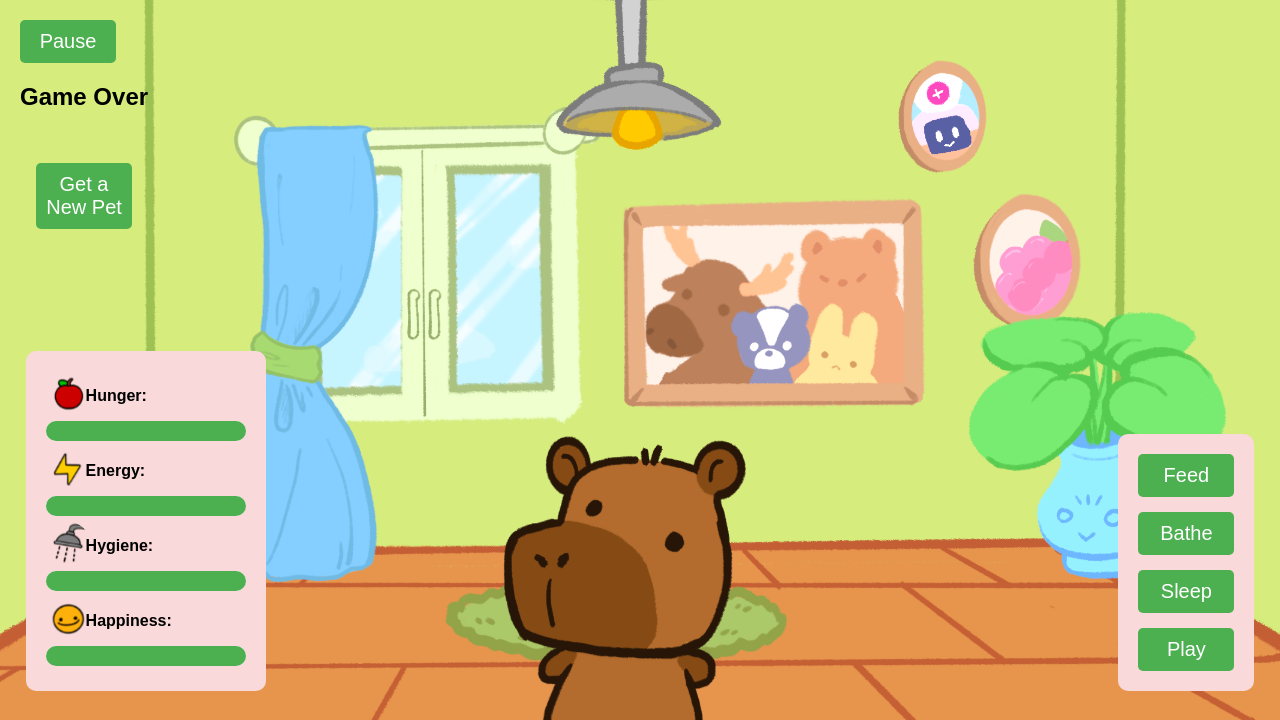
Repository: sarahjx/CapyCare
Page: html/index.html
The author's editor kept a copy of each file at every save. The page is drawn from the files as they stood at one save, then again after a run of saves.
The browser window is 1280 px wide. The pictures show the whole page.
Some web fonts or font styles are not loaded; a fallback is used.

Above is the page before, as saved 2025-05-01 14:46:17.
Console error: TypeError: Cannot set properties of null (setting 'innerText')

After the next 5 saves:
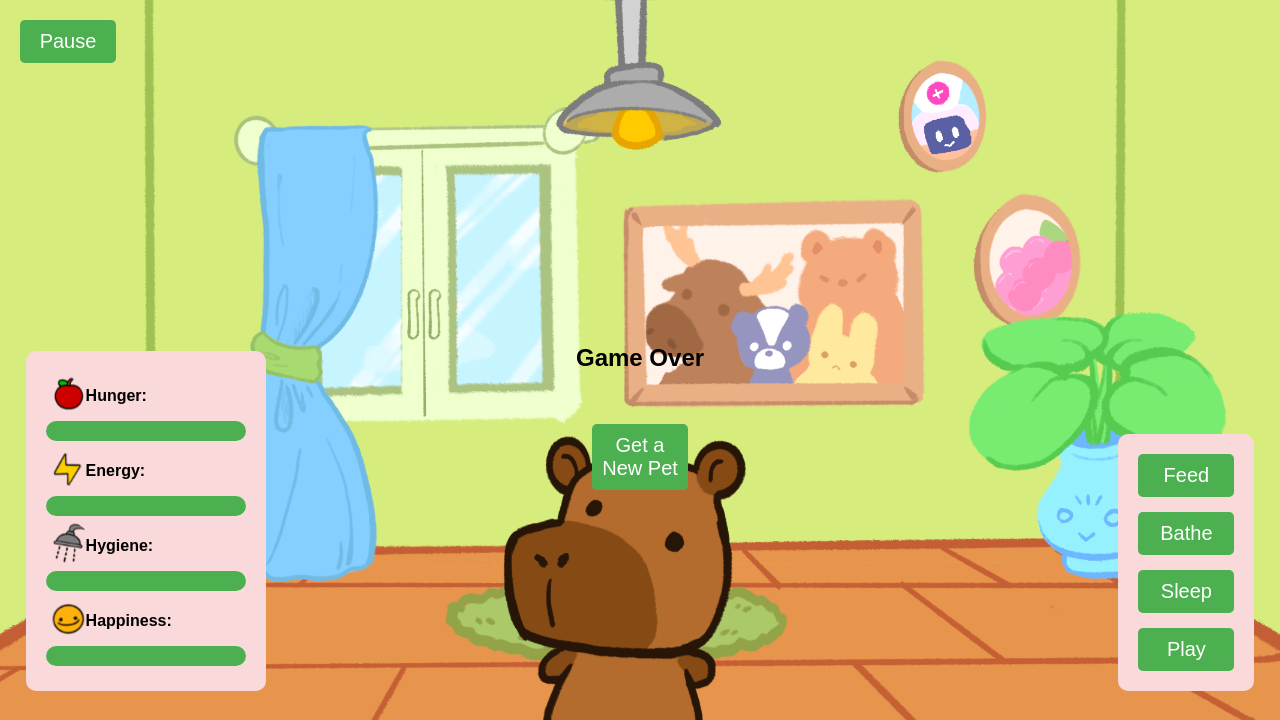
The 5 saves are shown as one change because they came seconds apart.
The last was saved 12 s later.
--- a/css/statusbar.css
+++ b/css/statusbar.css
@@ -174,7 +174,8 @@ button:hover {
   flex-direction: column;
   justify-content: center;
   align-items: center;
-  margin: auto 0;
+  left: 45%;
+  top: 45%;
 
 
 }
